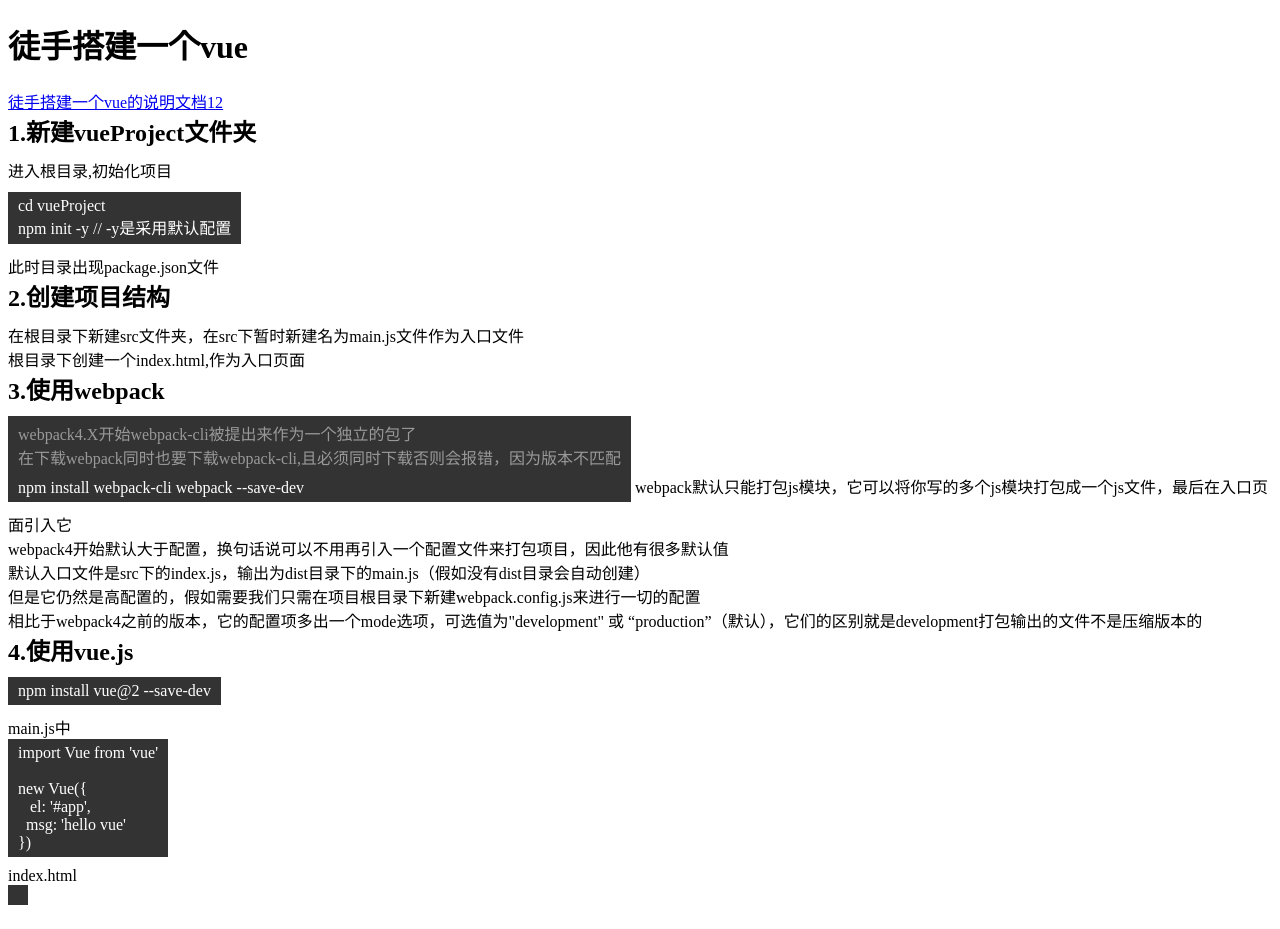
Repository: yuWhy/vue-build-cli
Page: /#/vueBuild
These files come from the project's save history. The page is drawn as it stood at one moment and after the next save; the edit follows.
The browser window is 1280 px wide. The pictures show the whole page.
The project was rebuilt for these pictures with package versions that can differ from the ones it lists, and the page was loaded fresh each time. Also part of the build but not shown: webpack.config.js, src/router/index.js.

Above is the page before, as saved 2021-02-19 16:17:35.

### index.html
<!DOCTYPE html>
<html lang="en">

<head>
  <meta charset="utf-8">
  <meta http-equiv="X-UA-Compatible" content="IE=edge">
  <meta name="viewport" content="width=device-width,initial-scale=1.0">
</head>

<body>
  <div id="app"></div>
</body>

</html>

### src/main.js
import Vue from 'vue'
import App from "./App.vue"
import router from './router/index.js'

new Vue({
  el: '#app',
  router,
  render: h => h(App)
})

### src/App.vue
<template>
  <div id="app">
    <h1>{{msg}}</h1>
    <router-link to="vueBuild">徒手搭建一个vue的说明文档</router-link>
    <router-link to="hello">1</router-link>
    <router-link to="login">2</router-link>
    <router-view></router-view>
  </div>
</template>

<script>
export default {
  name: 'App',
  data() {
    return {
      msg: '徒手搭建一个vue'
    }
  }
}
</script>

### src/components/vue-build.vue
<template>
  <div>
    <h2>1.新建vueProject文件夹</h2>
    <p>进入根目录,初始化项目</p>
    <div class="dimk">
      cd vueProject <br>
      npm init -y // -y是采用默认配置
    </div>
    <br>
    此时目录出现package.json文件
    <h2>2.创建项目结构</h2>
    在根目录下新建src文件夹，在src下暂时新建名为main.js文件作为入口文件<br>
    根目录下创建一个index.html,作为入口页面
    <h2>3.使用webpack</h2>
    <div class="dimk">
     <p class="hui"> webpack4.X开始webpack-cli被提出来作为一个独立的包了<br>
      在下载webpack同时也要下载webpack-cli,且必须同时下载否则会报错，因为版本不匹配<br></p>
      npm install webpack-cli webpack --save-dev<br>
    </div>
    webpack默认只能打包js模块，它可以将你写的多个js模块打包成一个js文件，最后在入口页面引入它<br>
    webpack4开始默认大于配置，换句话说可以不用再引入一个配置文件来打包项目，因此他有很多默认值<br>
    默认入口文件是src下的index.js，输出为dist目录下的main.js（假如没有dist目录会自动创建）<br>
    但是它仍然是高配置的，假如需要我们只需在项目根目录下新建webpack.config.js来进行一切的配置<br>
    相比于webpack4之前的版本，它的配置项多出一个mode选项，可选值为"development" 或 “production”（默认），它们的区别就是development打包输出的文件不是压缩版本的
    <h2>4.使用vue.js</h2>
    <div class="dimk">npm install vue@2 --save-dev</div><br>
    main.js中<br>
    <div class="dimk">
      import Vue from 'vue'<br><br>
      new Vue({<br>
          &nbsp;&nbsp; el: '#app',<br>
          &nbsp;&nbsp;msg: 'hello vue'<br>
      })<br>
    </div><br>
    index.html<br>
    <div class="dimk"><div id ="app">{{msg}}</div></div><br>

  </div>
</template>
<script>
export default {
  name: 'vueBuild'
}
</script>
<style scoped>
* {
  padding: 0;
  margin: 0;
  margin-bottom: 10px;
}
  .dimk {
    background: #333;
    color: #fff;
    padding: 5px 10px;
    display: inline-block;
  }
  .dimk .hui {
    color: #999;
  }
</style>

After the next save:
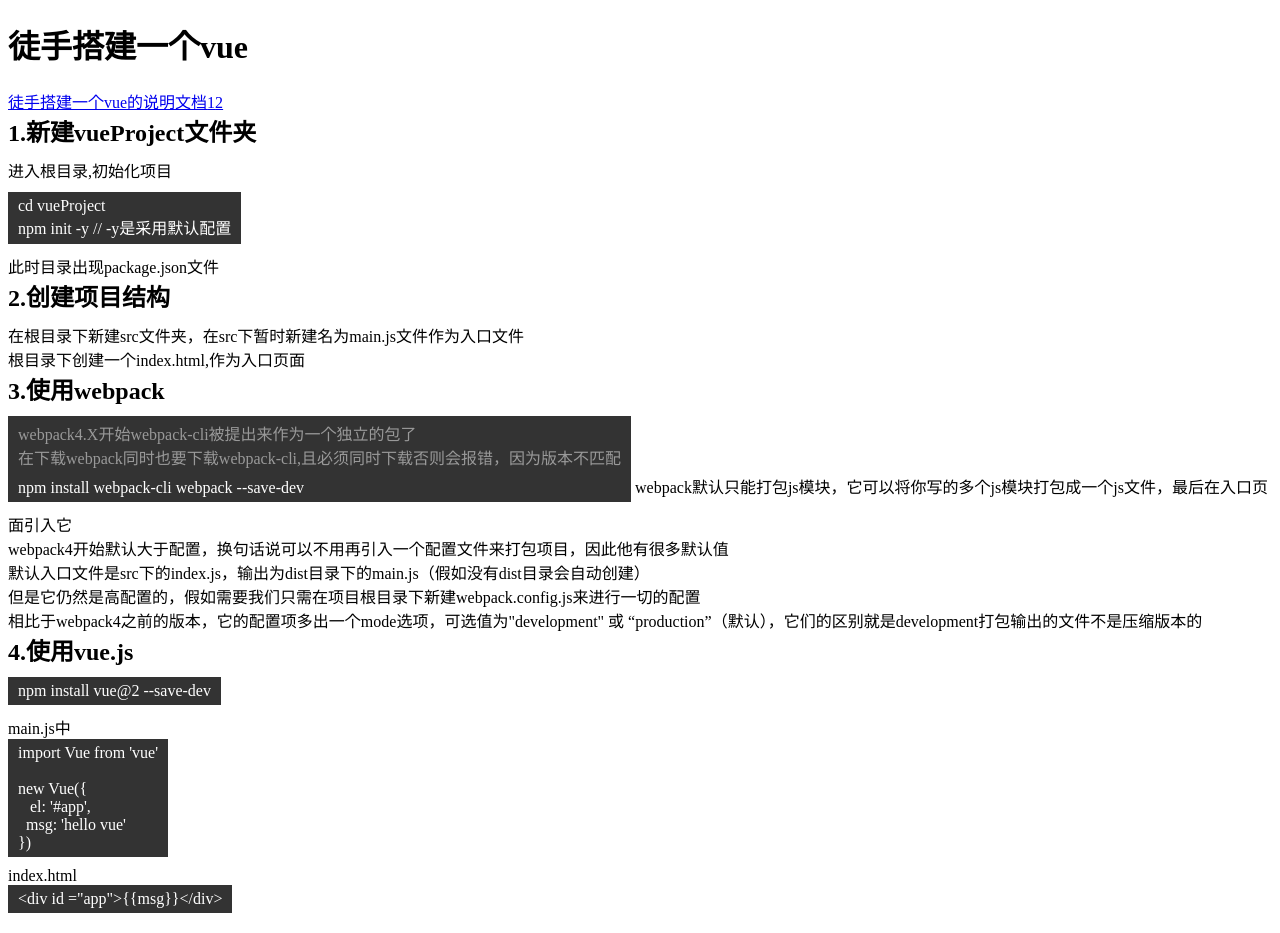
Saved 54 s later.
--- a/src/components/vue-build.vue
+++ b/src/components/vue-build.vue
@@ -33,13 +33,18 @@
       })<br>
     </div><br>
     index.html<br>
-    <div class="dimk"><div id ="app">{{msg}}</div></div><br>
+    <div class="dimk">{{t1}}</div><br>
 
   </div>
 </template>
 <script>
 export default {
-  name: 'vueBuild'
+  name: 'vueBuild',
+  data() {
+    return {
+      t1: '<div id ="app">{{msg}}</div>'
+    }
+  }
 }
 </script>
 <style scoped>
